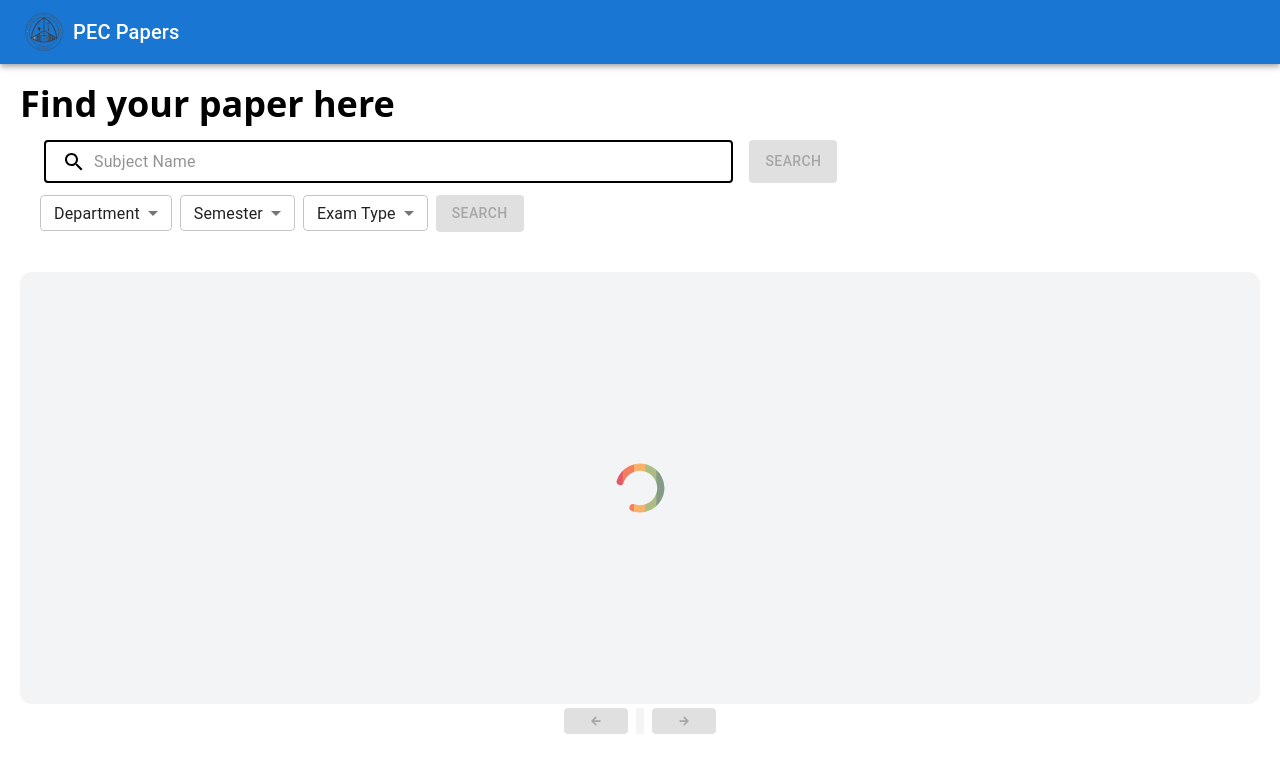
Repository: SUGAM-ARORA/pecpapers
Page: /browse (app in frontend/)
The author's editor kept a copy of each file at every save. The page is drawn from the files as they stood at one save, then again after the next save.
The browser window is 1280 px wide. The pictures show the whole page.
The page's requests for data from a server got no answer. The project was rebuilt for these pictures with package versions that can differ from the ones it lists, and the page was loaded fresh each time. Some packages were replaced by stand-ins written for this rebuild. No one was signed in, and anything a server would have sent is missing. Also part of the build but not shown: frontend/vite.config.js, frontend/src/Components/AnimatedText.jsx, frontend/src/Components/Hero.jsx, frontend/src/Components/Footer.jsx, frontend/src/Components/Login.jsx, frontend/src/Components/PaperDisplay.jsx, frontend/src/Components/ProtectedRoute.jsx.

Above is the page before, as saved 2025-07-17 20:02:18.

### frontend/index.html
<!doctype html>
<html lang="en">
  <head>
    <meta charset="UTF-8" />
    <link rel="icon" type="image/svg+xml" href="/index.png" />
    <link rel="preconnect" href="https://fonts.googleapis.com" />
    <link rel="preconnect" href="https://fonts.gstatic.com" crossorigin />
    <link
      href="https://fonts.googleapis.com/css2?family=IBM+Plex+Serif:ital,wght@0,100;0,200;0,300;0,400;0,500;0,600;0,700;1,100;1,200;1,300;1,400;1,500;1,600;1,700&display=swap"
      rel="stylesheet"
    />
    <meta name="viewport" content="width=device-width, initial-scale=1.0" />
    <title>Pec Papers</title>

    <meta name="description" content="Download and Upload PEC previous year papers for all departments. Filter by subject, semester, and exam type. Get easy access to Punjab Engineering College exam archives.">
    <meta property="og:url" content="https://pecpapers-ufo6.vercel.app/">
    <meta property="og:title" content="Punjab Engineering College(PEC) Exam Papers Archive" />

    <meta name="google-adsense-account" content="ca-pub-1903859543209030">
  </head>
  <!-- Google tag (gtag.js) -->
  <script
    async
    src="https://www.googletagmanager.com/gtag/js?id=G-3FZX3TV10G"
  ></script>
  <script>
    window.dataLayer = window.dataLayer || [];
    function gtag() {
      dataLayer.push(arguments);
    }
    gtag("js", new Date());

    gtag("config", "G-3FZX3TV10G");
  </script>
  <body>
    <div id="root"></div>
    <script type="module" src="/src/main.jsx"></script>
  </body>
</html>

### frontend/src/main.jsx
import { StrictMode } from 'react'
import { createRoot } from 'react-dom/client'
import './index.css'
import App from './App.jsx'
import {createBrowserRouter, Navigate, RouterProvider, useNavigate} from 'react-router-dom'
import Login from './Components/Login.jsx'
import { ClerkProvider } from '@clerk/clerk-react'
import Browse from './Pages/Browse.jsx'
import Hero from './Components/Hero.jsx'
import { AppProvider } from './context/AppContext.jsx'
import ProtectedRoute from './Components/ProtectedRoute.jsx'

const router = createBrowserRouter([
  {
    path : '/',
    element : <App/>,
    children: [{
      path : '/browse',
      element: <Browse/>
    },
    {
      // path : '/',
      index:true,
      element : <Hero/>
    }
  ]
  },
  {
    path: '/login',
    element : <Login/>
  },
  {
    path: '/sso-callback',
    element: <Navigate to="/" replace />
  }
])

const PUBLISHABLE_KEY = import.meta.env.VITE_CLERK_PUBLISHABLE_KEY

if (!PUBLISHABLE_KEY) {
  throw new Error('Missing Publishable Key')
}

createRoot(document.getElementById('root')).render(
  <StrictMode>
    <AppProvider>
    <ClerkProvider publishableKey={PUBLISHABLE_KEY} frontendApt="https://sweeping-bobcat-34.clerk.accounts.dev" >
    <RouterProvider router={router}/>
    </ClerkProvider>
    </AppProvider>
  </StrictMode>,
)

### frontend/src/App.jsx
import React, { useEffect } from 'react'
import Navbar from './Components/Navbar'
import Hero from './Components/Hero'
import FormDialog from './Components/FormDialog';
import { Outlet, useNavigate } from 'react-router-dom';
import { useUser } from '@clerk/clerk-react';
import Footer from './Components/Footer';

const App = () => {

  // const {user,isLoaded,isSignedIn} = useUser()
  // const navigate = useNavigate();
  // console.log(user)

  // useEffect(()=>{
  //   if(isLoaded && !isSignedIn){
  //     navigate('/login')
  //   }
  // },[isLoaded,isSignedIn])

  return (

    <div className='flex flex-col'>
      <div>
        <Navbar />
      </div>
      <Outlet />
      <div className='flex flex-col items-center mt-5'>
        <FormDialog />
      </div>
      <div>
        {/* <Footer/> */}
      </div>
    </div>
  )
}

export default App

### frontend/src/Pages/Browse.jsx
import React, { useEffect, useState } from 'react'
import SearchIcon from '@mui/icons-material/Search';
import { styled, alpha } from '@mui/material/styles';
import InputBase from '@mui/material/InputBase';
import { Button, FormControl, Select, MenuItem } from '@mui/material';
import { departments, examType } from '../utils/constants';
import axios from 'axios';
import PaperDisplay from '../Components/PaperDisplay';
import { useUser } from '@clerk/clerk-react';
import { ColorRing } from 'react-loader-spinner'
import { IoMdArrowRoundBack } from "react-icons/io";
import { IoMdArrowRoundForward } from "react-icons/io";


const Search = styled('div')(({ theme }) => ({
  position: 'relative',
  borderRadius: theme.shape.borderRadius,
  backgroundColor: alpha(theme.palette.common.white, 0.15),
  '&:hover': {
    backgroundColor: alpha(theme.palette.common.white, 0.25),
  },
  marginRight: theme.spacing(2),
  marginLeft: 0,
  width: '100%',
  [theme.breakpoints.up('sm')]: {
    marginLeft: theme.spacing(3),
    width: 'auto',
  },
  border: 5,
  borderColor: 'black'
}));

const SearchIconWrapper = styled('div')(({ theme }) => ({
  padding: theme.spacing(0, 2),
  height: '100%',
  position: 'absolute',
  pointerEvents: 'none',
  display: 'flex',
  alignItems: 'center',
  justifyContent: 'center',
  border: 5,
  borderColor: 'black'
}));

const StyledInputBase = styled(InputBase)(({ theme }) => ({
  color: 'inherit',
  '& .MuiInputBase-input': {
    padding: theme.spacing(1, 1, 1, 0),
    // vertical padding + font size from searchIcon
    paddingLeft: `calc(1em + ${theme.spacing(4)})`,
    transition: theme.transitions.create('width'),
    width: '100%',
    [theme.breakpoints.up('md')]: {
      width: '70ch',
    },
    border: 5,
    borderColor: 'black'
  },
}));

const Browse = () => {

  const { isSignedIn } = useUser()
  const [loading, setLoading] = useState(false)

  const [searchValue, setSearchValue] = useState('');
  const semesters = [1, 2, 3, 4, 5, 6, 7, 8]
  const [department, setDepartment] = React.useState('')
  const [exam, setExam] = React.useState('')
  const [sem, setSem] = React.useState('')

  const [papersToDisplay, setPapersToDisplay] = useState(null);


  const [skip,setskip] = useState(0);
  const [limit] = useState(10);
  const [hasMore, setHasMore] = useState(true);
  const [currentPage, setCurrentPage] = useState(1);
  const [totalPages, setTotalPages] = useState(1);


  const BACKEND_URL = import.meta.env.VITE_BACKEND_URL

  // const getAllPapers = async () => {
  //   setLoading(true)
  //   const response = await axios.get(`${BACKEND_URL}/getallpapers/`)
  //   setPapersFetched(response.data);
  //   // console.log(response.data)
  //   setLoading(false)
  //   return { data: response.data }
  // }

  const getConnectionStatus = async () => {
    setLoading(true)
    const response = await axios.get(`${BACKEND_URL}/healthz/`)
    setLoading(false)
    console.log(response.data)
    return response.data;
  }

  const handleNext = async ()=>{
   if(hasMore){
    const newSkip = skip+limit
    setskip(newSkip)
    await getFilteredPapers()
  }
  }

    const handlePrev = async ()=>{
      if(skip>=limit){
        const newSkip = skip-limit
        setskip(newSkip)
        await getFilteredPapers()
      }
  }

  const getFilteredPapers = async () => {
    try {
      setLoading(true)

      const response = await axios.get(`${BACKEND_URL}/papersOnFilterOrSearch?subjectName=${searchValue}&semester=${sem}&department=${department}&examType=${exam}&skip=${skip}`)

      setPapersToDisplay(response.data.data)
      setCurrentPage(response.data.currentPage)
      setHasMore(response.data.has_more)
      setTotalPages(response.data.totalPages)

      setLoading(false)
    } catch (error) {
      setLoading(false)
      console.log(error)
    }
  }

  useEffect(() => {

    try {
      // if(isSignedIn){
      //   getAllPapers()
      // }
      // getAllPapers()
      getConnectionStatus()
    } catch (error) {
      console.log(error)
    }
  }, [BACKEND_URL, isSignedIn])


  return (
    <div className='flex flex-col m-5'>
      <span className='text-4xl font-semibold'>Find your paper here</span>

      <div id='search' className='flex flex-row mt-4 '>
        <Search sx={{
          border: 2,
          borderColor: 'black',
        }}
        >
          <SearchIconWrapper>
            <SearchIcon />
          </SearchIconWrapper>
          <StyledInputBase
            placeholder="Subject Name"
            inputProps={{ 'aria-label': 'search' }}
            value={searchValue}
            onChange={(e) => setSearchValue(e.target.value)}
          />
        </Search>
        <Button variant='contained' onClick={getFilteredPapers} disabled={loading}>Search</Button>
      </div>

      <form id='filters' className=' mt-3 flex flex-row gap-2 ml-5' onSubmit={getFilteredPapers}>
        <FormControl>
          <Select
            labelId="department"
            aria-placeholder='Department'
            id="department"
            value={department}
            onChange={(e) => setDepartment(e.target.value)}
            sx={{
              width: 'vh',
              height: '5vh',
              overflow: 'scroll'
            }}
            placeholder='Department'
            displayEmpty
          >
            <MenuItem value="" disabled>
              Department
            </MenuItem>
            {departments.map((department) => <MenuItem value={department.dept}>{department.dept}</MenuItem>)}
          </Select>
        </FormControl>

        <FormControl>
          <Select
            labelId="semester"
            aria-placeholder='Semester'
            id="semester"
            value={sem}
            onChange={(e) => setSem(e.target.value)}
            sx={{
              width: 'vh',
              height: '5vh',
              overflow: 'scroll'
            }}
            placeholder='Semester'
            displayEmpty
          >
            <MenuItem value="" disabled>
              Semester
            </MenuItem>
            {semesters.map((semester) => <MenuItem value={semester}>{semester}</MenuItem>)}
          </Select>

        </FormControl>

        <FormControl>
          <Select
            labelId="examType"
            aria-placeholder='Exam-Type'
            id="examType"
            value={exam}
            onChange={(e) => setExam(e.target.value)}
            sx={{
              width: 'vh',
              height: '5vh',
              overflow: 'scroll'
            }}
            placeholder='Exam Type'
            displayEmpty
          >
            <MenuItem value="" disabled>
              Exam Type
            </MenuItem>
            {examType.map((exam, index) => <MenuItem value={exam.type} key={index}>{exam.type}</MenuItem>)}
          </Select>
        </FormControl>

        <Button variant='contained' onClick={getFilteredPapers} disabled={loading}>Search</Button>
      </form>


      <div className='mt-10 rounded-xl p-2 bg-gray-100 h-[60vh] overflow-scroll'>
        {loading ? <div className='h-full flex flex-col justify-center items-center'>
          <ColorRing
            visible={true}
            width="100"
            colors={['#e15b64', '#f47e60', '#f8b26a', '#abbd81', '#849b87']}
            ariaLabel="infinity-spin-loading" />
        </div> : <></>}
        <div className={`${loading ? 'hidden' : ''}`}>
          {papersToDisplay ? <div className='flex flex-col gap-2'>
            {papersToDisplay.map((paper) => <PaperDisplay paper={paper} key={paper.id} />)}
          </div> : <span className='text-gray-400 text-5xl'>Papers displayed here</span>}
        </div>

      </div>
      <div className=' w-full mt-1 flex items-center justify-center'>
        <div className='flex flex-row gap-2'>
          <Button variant='contained' onClick={handlePrev} disabled={loading}>
            <IoMdArrowRoundBack />
          </Button>
          <span className=' bg-gray-100 p-1'>

          </span>
          <Button variant='contained' onClick={handleNext} disabled={loading || !hasMore}>
            <IoMdArrowRoundForward />
          </Button>
        </div>
      </div>
    </div>
  )
}

export default Browse

### frontend/src/context/AppContext.jsx
import { createContext, useState } from "react";

export const AppContext = createContext();

export const AppProvider = ({ children }) => {
  const [open, setOpen] = useState(false); // Example: global user state

  return (
    <AppContext.Provider value={{ open, setOpen }}>
      {children}
    </AppContext.Provider>
  );
};

### frontend/src/Components/Navbar.jsx
import * as React from 'react';
import AppBar from '@mui/material/AppBar';
import Box from '@mui/material/Box';
import Toolbar from '@mui/material/Toolbar';
import IconButton from '@mui/material/IconButton';
import Typography from '@mui/material/Typography';
import InputBase from '@mui/material/InputBase';
import Badge from '@mui/material/Badge';
import MenuItem from '@mui/material/MenuItem';
import Menu from '@mui/material/Menu';
import AccountCircle from '@mui/icons-material/AccountCircle';
import MailIcon from '@mui/icons-material/Mail';
import NotificationsIcon from '@mui/icons-material/Notifications';
import MoreIcon from '@mui/icons-material/MoreVert';
import logo from '../assets/image.png'
import { UserButton } from '@clerk/clerk-react';
import { useNavigate } from 'react-router-dom';


export default function Navbar() {
  // const [anchorEl, setAnchorEl] = React.useState(null)
  // const [mobileMoreAnchorEl, setMobileMoreAnchorEl] = React.useState(null)
  const navigate = useNavigate();


  const handleHomepageNavigation = async ()=>{
    navigate('/')
  }


  return (
    <Box sx={{ flexGrow: 1 }}>
      <AppBar position="static">
        <Toolbar>
          <img src={logo} alt='pec logo' className='h-10 w-10' onClick={handleHomepageNavigation}/>
          <Typography
            variant="h6"
            noWrap
            component="div"
            sx={{ display: { xs: 'none', sm: 'block',marginLeft:'9px' } }}
            onClick={handleHomepageNavigation}
          >
            PEC Papers
          </Typography>

          <Box sx={{ flexGrow: 1 }} />
          <Box sx={{ display: { xs: 'none', md: 'flex' } }}>

            <UserButton/>
          </Box>
          <Box sx={{ display: { xs: 'flex', md: 'none' } }}>

             <UserButton/>

          </Box>
        </Toolbar>
      </AppBar>

    </Box>
  );
}

### frontend/src/Components/FormDialog.jsx
import * as React from 'react';
import Button from '@mui/material/Button';
import TextField from '@mui/material/TextField';
import Dialog from '@mui/material/Dialog';
import DialogActions from '@mui/material/DialogActions';
import { FormControl, Typography, InputLabel, Select, MenuItem } from '@mui/material';
import { departments, examType } from '../utils/constants';
import axios from 'axios'
import { InfinitySpin } from 'react-loader-spinner'
import { AppContext } from '../context/AppContext';
import Toast from './Toast';

export default function FormDialog() {
  const { open, setOpen } = React.useContext(AppContext)
  const [loading, setLoading] = React.useState(false)
  const [files, setFiles] = React.useState('')

  const semesters = [1, 2, 3, 4, 5, 6, 7, 8]

  const [department, setDepartment] = React.useState('')
  const [exam, setExam] = React.useState('')
  const [sem, setSem] = React.useState('')

  const CLOUDINARY_URL = import.meta.env.VITE_APP_CLOUDINARY_URL
  const UPLOAD_PRESET = import.meta.env.VITE_APP_UPLOAD_PRESET
  const CLOUD_NAME = import.meta.env.VITE_APP_CLOUD_NAME
  const BACKEND_URL = import.meta.env.VITE_BACKEND_URL

  const [opentoast, setOpenToast] = React.useState(false)

  const handleFileChange = (e) => {
    const filename = e.target.files;
    if (filename) {
      setFiles(filename)
    }
  }

  const uploadImages = async (files) => {
    const uploadPromises = Array.from(files).map(file => {
      const formData = new FormData();
      formData.append("file", file);
      formData.append("upload_preset", UPLOAD_PRESET);
      formData.append("cloud_name", CLOUD_NAME);
      return axios.post(CLOUDINARY_URL, formData);
    });

    try {
      const responses = await Promise.all(uploadPromises);
      const urlList = responses.map(res => res.data.secure_url);
      console.log(urlList.length + " images uploaded");
      return urlList;
    }
    catch (error) {
      console.error("Cloudinary image uploads failed:", error);
      throw error;
    }
  };

  const uploadPaperDetails = async(e, urlList) => {
    try {
      const paperDetails = {
        department: e.target[0].value,
        cloudUrl: urlList,
        examType: e.target[2].value,
        semester: e.target[4].value,
        subjectName: e.target[6].value,
        comments: e.target[9].value
      }

      const dataRes = await axios.post(`${BACKEND_URL}/upload-paper/`, { data: paperDetails })
      console.log("Paper details uploaded successfully");
    }
    catch (error) {
      console.error("Paper details upload failed", error);
    }
  }

  const handleSubmit = async (e) => {
    e.preventDefault();
    setLoading(true)

    const urlList = await uploadImages(files);
    await uploadPaperDetails(e, urlList);

    e.target.reset()
    setDepartment('')
    setExam('')
    setSem('')
    setLoading(false)
    setOpen(false)
    setOpenToast(true)
  }

  const handleClose = () => {
    setOpen(false);
  };

  const handleUpload = async () => {

  }

  return (
    <>
      <Dialog
        open={open}
        onClose={handleClose}
      >
        <form className='flex flex-col gap-5 m-5 ' onSubmit={handleSubmit}>
          <FormControl>
            <Typography fontSize={25} >Upload a Paper</Typography>
            <div >
              <Typography>Department</Typography>
              <Select
                required="true"
                labelId="department"
                aria-placeholder='Department'
                id="department"
                value={department}
                onChange={(e) => setDepartment(e.target.value)}
                sx={{
                  width: '50vh',
                  height: '5vh',
                  overflow: 'scroll'
                }}
              >
                {departments.map((department) => <MenuItem value={department.dept}>{department.dept}</MenuItem>)}
              </Select>
            </div>
          </FormControl>

          <FormControl>
            <div>
              <Typography>Exam Type</Typography>
              <Select
                required="true"
                labelId="Exam-type"
                aria-placeholder='Exam Type'
                id="exam-type"
                sx={{
                  width: '50vh',
                  height: '5vh',
                  overflow: 'scroll'
                }}
                value={exam}
                onChange={(e) => setExam(e.target.value)}
              >
                {examType.map((type) => <MenuItem value={type.type}>{type.type}</MenuItem>)}
              </Select>
            </div>
          </FormControl>

          <FormControl>
            <div>
              <Typography>Semester</Typography>
              <Select
                required="true"
                labelId="Semester"
                aria-placeholder='Semester'
                id="exam-type"
                sx={{
                  width: '50vh',
                  height: '5vh',
                  overflow: 'scroll'
                }}
                value={sem}
                onChange={(e) => setSem(e.target.value)}
              >
                {semesters.map((sem) => <MenuItem value={sem}>{sem}</MenuItem>)}
              </Select>
            </div>
          </FormControl>

          <FormControl>
            <div>
              <Typography>Subject Name</Typography>
              <TextField
                sx={{ width: '50vh', height: '5vh' }}
                required="true"
              >
              </TextField>
            </div>
          </FormControl>

          <FormControl>
            <div>
              <Typography>Upload Paper <span className='text-xs'>(only img format e.g. jpg,png,jpeg etc.)</span></Typography>
              <input
                accept='image/*'
                id='upload-image'
                type='file'
                multiple='true'
                onChange={handleFileChange}
                required="true"
              />
            </div>
          </FormControl>
          <FormControl>
            <div>
              <Typography>Review or Comments</Typography>
              <TextField sx={{
                width: '50vh',
                height: '5vh'
              }}></TextField>
            </div>
          </FormControl>
          {loading && <InfinitySpin
            visible={true}
            width="100"
            color="#4fa94d"
            ariaLabel="infinity-spin-loading" />}

          <DialogActions>
            <Button onClick={handleClose}>Cancel</Button>
            <Button type="submit" variant='contained' onClick={handleUpload}>Upload</Button>
          </DialogActions>
        </form>
      </Dialog>
      <Toast opentoast={opentoast} setOpenToast={setOpenToast} message="Paper Upload" />
    </>
  );
}

### frontend/src/utils/constants.js
export const departments = [
    // ece:
    {
        'dept' : 'ECE'
    },
    // cse:
    {
        'dept' : 'CSE'
    },
    // ee:
    {
        'dept': 'EE'
    },
    // ds:
    {
        'dept' : 'CSE-DS'
    },
    // ai:
    {
        'dept' : 'CSE-AI'
    },
    // mech:
    {
        'dept' : 'MECH'
    },
    // civil:
    {
        'dept' : 'CIVIL'
    },
    // aero:
    {
        'dept': 'AERO'
    },
    // meta:
    {
        'dept' : 'META'
    },
    // prod:
    {
        'dept' : 'PROD'
    },
    // hsm:
    {
        'dept' : 'HSM'
    },
    // physics:
    {
        'dept' : 'PHYSICS'
    },
    // maths:
    {
        'dept' : "MATHS"
    },
    // chem:
    {
        'dept' : 'CHEMISTRY'
    },
    // bdes:
    {
        'dept' : 'B-DES'
    }
]

export const examType = [
    {
        'type' : 'MID-SEM'
    },
    {
        'type' : 'END-SEM'
    }
]

### frontend/src/Components/Toast.jsx
import * as React from 'react';
import Button from '@mui/material/Button';
import Snackbar from '@mui/material/Snackbar';
import IconButton from '@mui/material/IconButton';
import CloseIcon from '@mui/icons-material/Close';

export default function Toast({message,openToast,setOpenToast}) {
//   const [open, setOpen] = React.useState(false);



  const handleClose = (
    event,
    reason,
  ) => {
    if (reason === 'clickaway') {
      return;
    }

    setOpenToast(false);
  };

  const action = (
    <React.Fragment>
      <IconButton
        size="small"
        aria-label="close"
        color="inherit"
        onClick={handleClose}
      >
        <CloseIcon fontSize="small" />
      </IconButton>
    </React.Fragment>
  );

  return (
    <div>

      <Snackbar
        open={openToast}
        autoHideDuration={6000}
        onClose={handleClose}
        message={message}
        action={action}
      />
    </div>
  );
}

Loaded but not shown: frontend/src/index.css (common file); frontend/tailwind.config.js (common file)

After the next save:
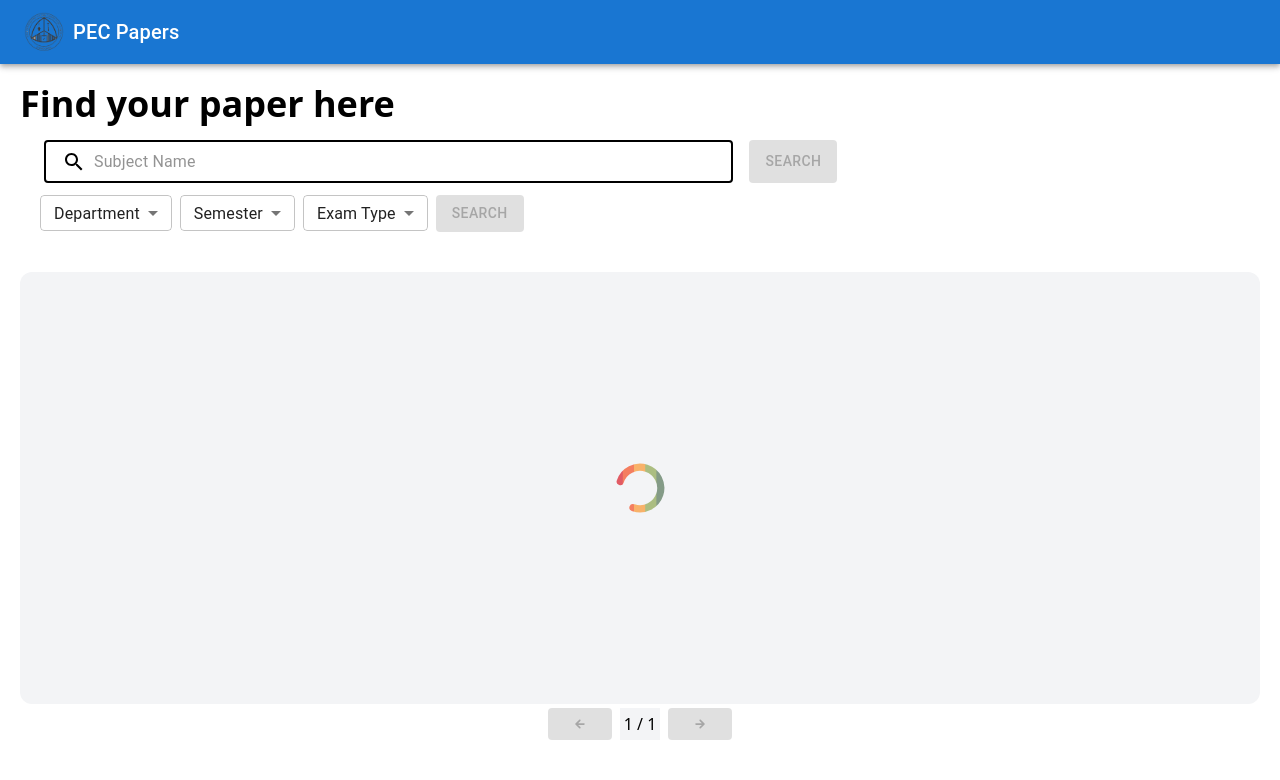
Saved 87 s later.
--- a/frontend/src/Pages/Browse.jsx
+++ b/frontend/src/Pages/Browse.jsx
@@ -262,7 +262,7 @@ const Browse = () => {
             <IoMdArrowRoundBack />
           </Button>
           <span className=' bg-gray-100 p-1'>
-
+            {currentPage} / {totalPages}
           </span>
           <Button variant='contained' onClick={handleNext} disabled={loading || !hasMore}>
             <IoMdArrowRoundForward />
